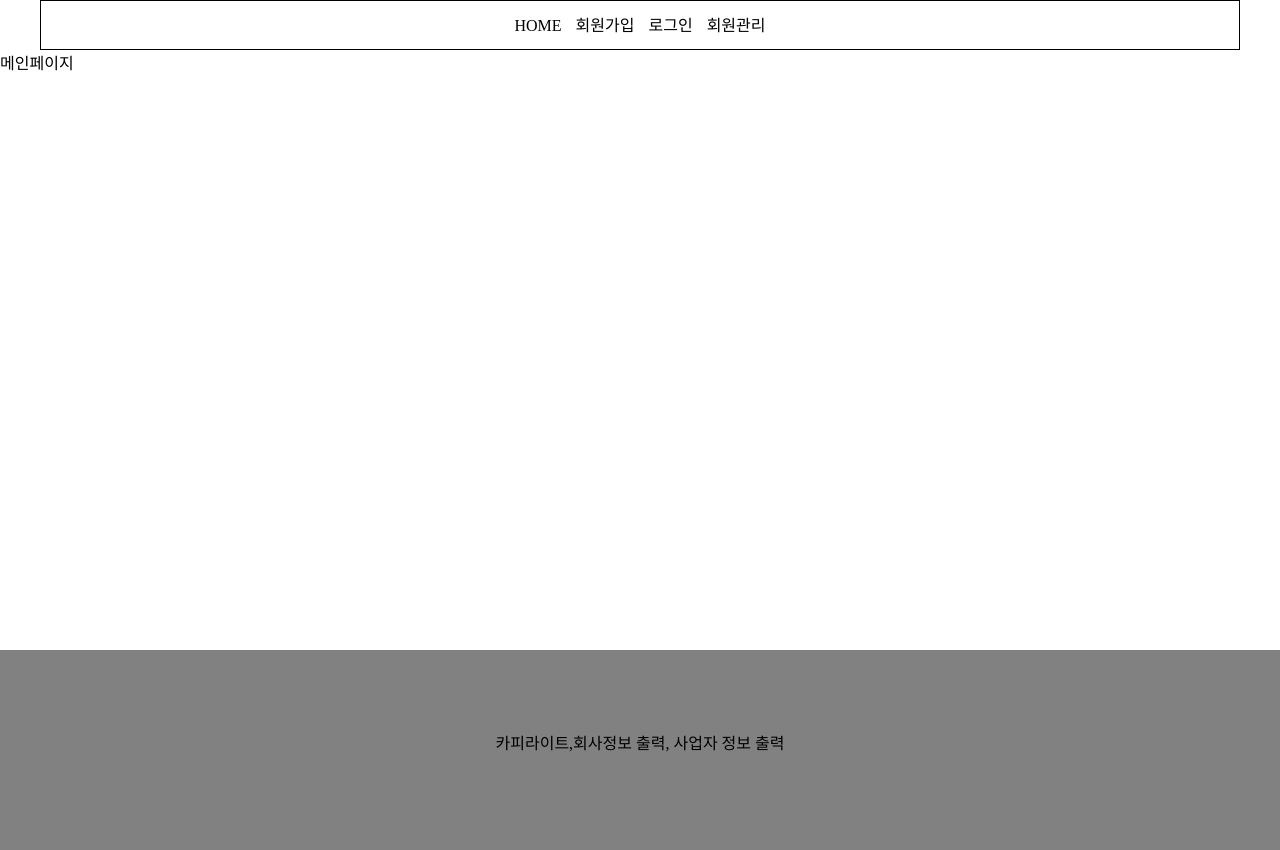
Repository: ceooyh/JSP
Page: http://localhost/step02/test.jsp
These files come from the project's save history. The page is drawn as it stood at one moment and after the next save; the edit follows.
The browser window is 1280 px wide. The pictures show the whole page.
The page is served by Tomcat 9.

Above is the page before, as saved 2020-12-29 06:20:09.

After the next save:
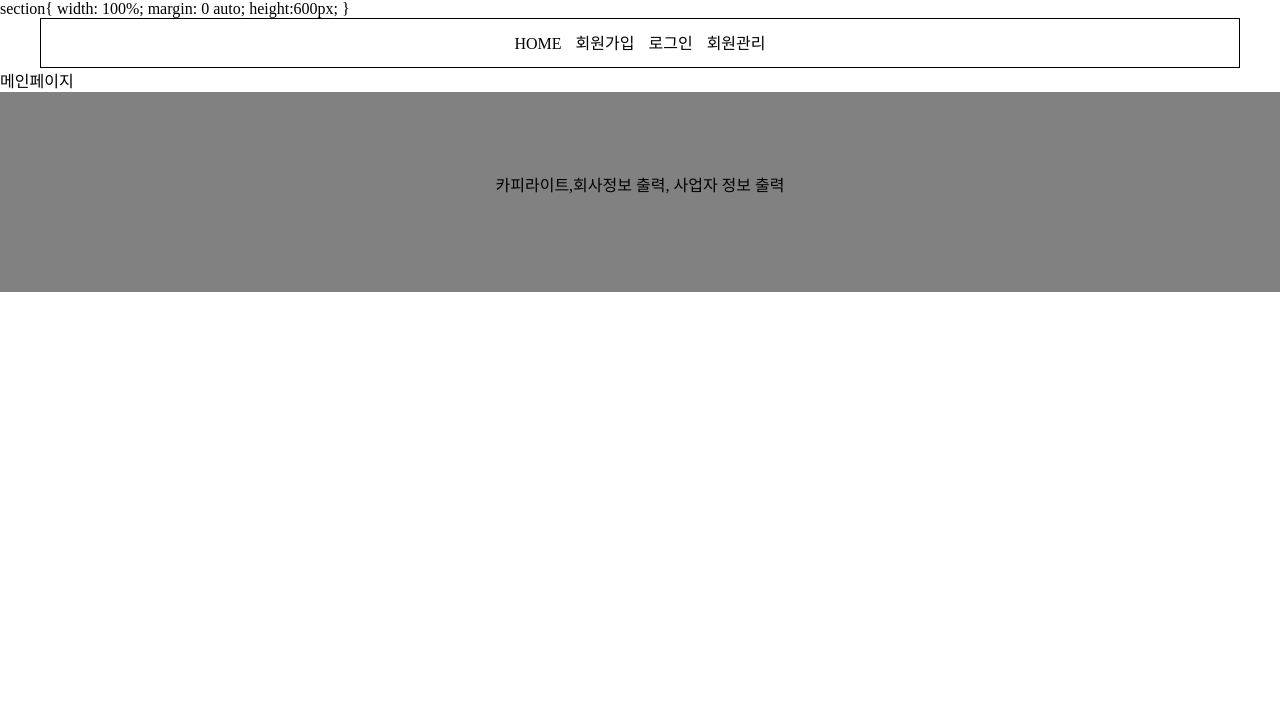
Saved 27 s later.
--- a/step02/WebContent/test.jsp
+++ b/step02/WebContent/test.jsp
@@ -5,7 +5,16 @@
 <head>
 	<meta charset="UTF-8">
 	<title>Insert title here</title>
-	<style type="text/css">
+
+		section{
+			width: 100%;
+			margin: 0 auto;
+			height:600px;
+		}
+		</style>
+</head>
+<body>
+<style type="text/css">
 		*{
 			padding: 0;
 			margin: 0;
@@ -26,14 +35,7 @@
 			display: inline-block;
 			margin: 5px;
 		}
-		section{
-			width: 100%;
-			margin: 0 auto;
-			height:600px;
-		}
-		</style>
-</head>
-<body>
+</style>
 	<nav>
 		<ul>
 			<li>HOME</li>
@@ -56,7 +58,7 @@
 			padding-top: 80px;
 		}
 	</style>
-		<footer>
+	<footer>
 		카피라이트,회사정보 출력, 사업자 정보 출력
 	</footer>
 </body>

After the 2 saves that followed:
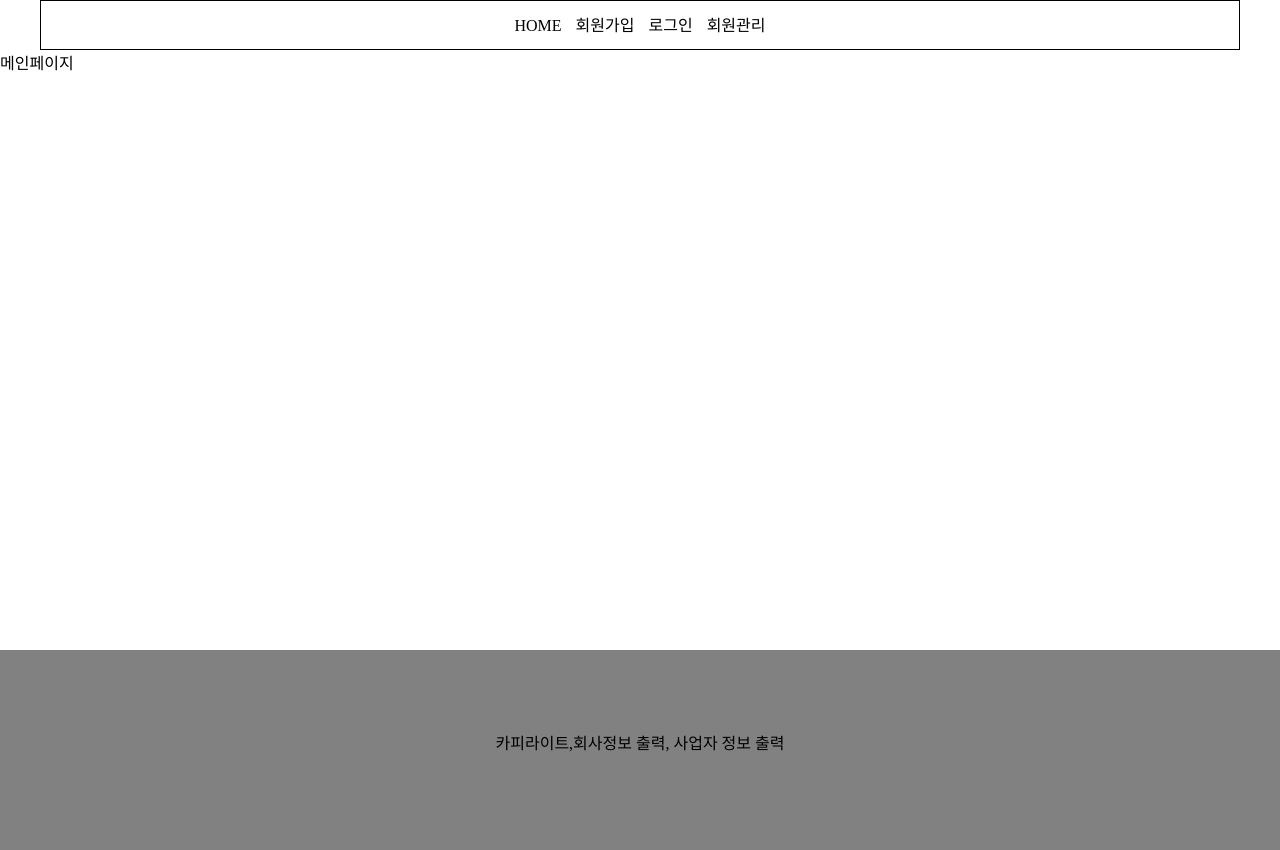
The 2 saves are shown as one change because 1 left the picture as it was.
The last was saved 22 s later.
--- a/step02/WebContent/test.jsp
+++ b/step02/WebContent/test.jsp
@@ -6,11 +6,7 @@
 	<meta charset="UTF-8">
 	<title>Insert title here</title>
 
-		section{
-			width: 100%;
-			margin: 0 auto;
-			height:600px;
-		}
+
 		</style>
 </head>
 <body>
@@ -34,6 +30,13 @@
 			list-style-type: none;
 			display: inline-block;
 			margin: 5px;
+		}
+</style>
+<style>
+		section{
+			width: 100%;
+			margin: 0 auto;
+			height:600px;
 		}
 </style>
 	<nav>
